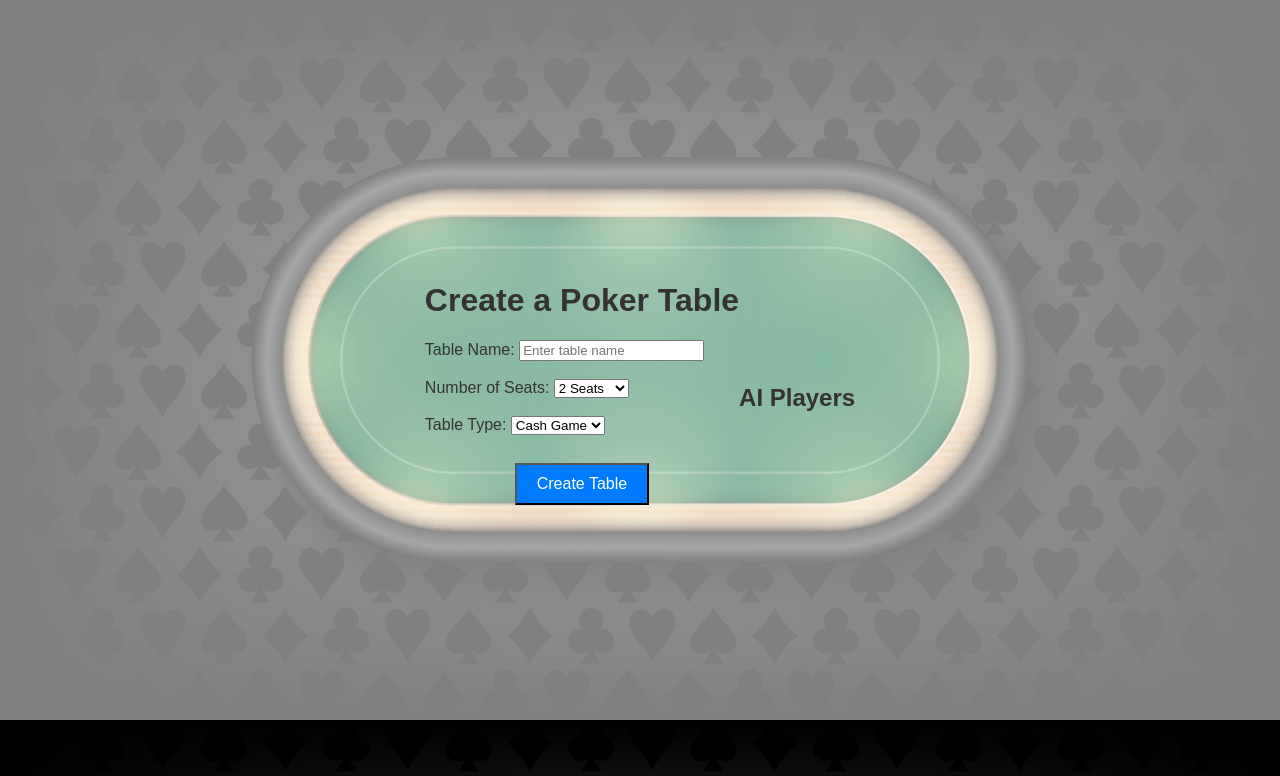
Repository: KidBillionaire/newapp
Page: public/create-table.html
These files come from the project's save history. The page is drawn as it stood at one moment and after the next save; the edit follows.
The browser window is 1280 px wide. The pictures show the whole page.
Backgrounds fixed to the window are drawn as part of the page.

Above is the page before, as saved 2024-10-10 16:24:05.

After the next save:
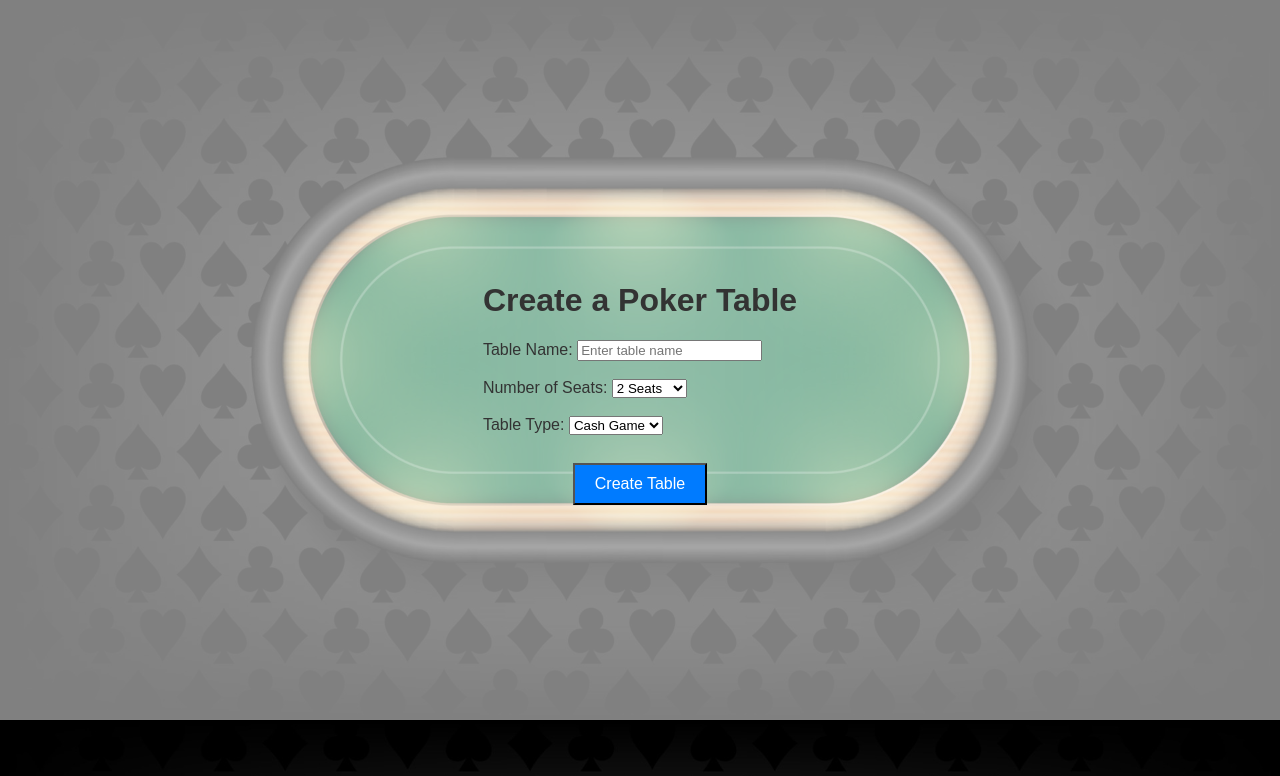
Saved 65 s later.
--- a/public/create-table.html
+++ b/public/create-table.html
@@ -7,10 +7,9 @@
   <link rel="stylesheet" href="styles.css"> <!-- Link to your styles -->
   <script defer src="/js/createTable.js"></script> <!-- Link to frontend JS for this page -->
 </head>
-<body class="create-table-page"> <!-- Add the class here to apply the background -->
+<body class="create-table-page"> <!-- Apply the background image to this page -->
   <div>
     <h1>Create a Poker Table</h1>
-    <!-- Form to Create a New Poker Table -->
     <form id="createTableForm">
       <label for="tableName">Table Name:</label>
       <input type="text" id="tableName" placeholder="Enter table name" required>
@@ -33,13 +32,23 @@
 
       <button type="submit">Create Table</button>
     </form>
+
+    <!-- Poker Table Container -->
+    <div id="pokerTableContainer">
+      <div id="pokerTable">
+        <!-- Player Seats (Will be populated dynamically) -->
+        <div class="seat seat-top" id="seat1"></div>
+        <div class="seat seat-right" id="seat2"></div>
+        <div class="seat seat-bottom" id="seat3"></div>
+        <div class="seat seat-left" id="seat4"></div>
+        <div class="seat seat-top-right" id="seat5"></div>
+        <div class="seat seat-bottom-right" id="seat6"></div>
+        <div class="seat seat-bottom-left" id="seat7"></div>
+        <div class="seat seat-top-left" id="seat8"></div>
+        <div class="seat seat-top-center" id="seat9"></div>
+        <div class="seat seat-bottom-center" id="seat10"></div>
+      </div>
+    </div>
   </div>
-
-  <!-- AI Players Section -->
-  <div id="aiPlayersSection" style="margin-top: 20px;">
-    <h2>AI Players</h2>
-    <ul id="aiPlayersList"></ul> <!-- Dynamic AI Player List -->
-  </div>
-
 </body>
 </html>
